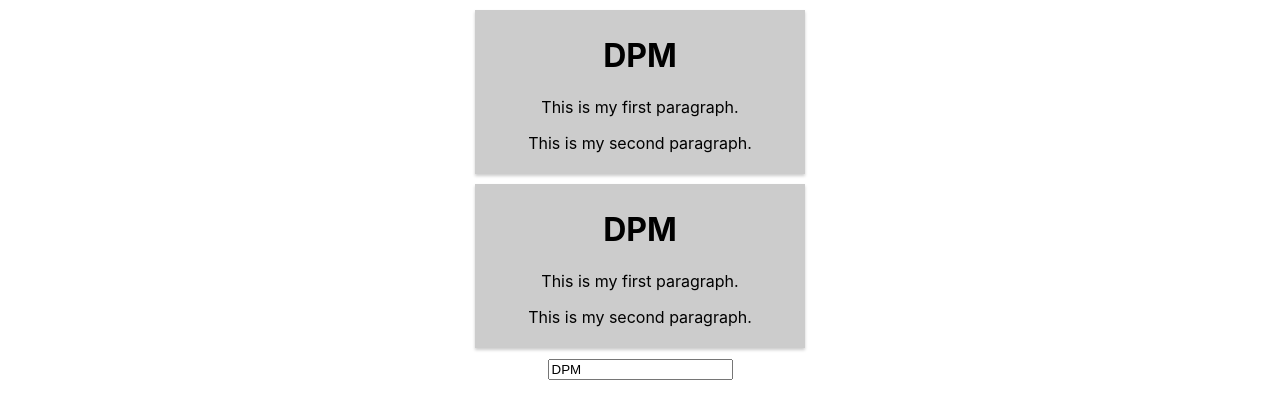
Repository: AidanHak/udemy-react-guide
Page: / (app in base-syntax--assignment-problem/)
These files come from the project's save history. The page is drawn as it stood at one moment and after the next save; the edit follows.
The browser window is 1280 px wide. The pictures show the whole page.
The project was rebuilt for these pictures with package versions that can differ from the ones it lists, and the page was loaded fresh each time.

Above is the page before, as saved 2020-12-17 19:35:32.

After the next save:
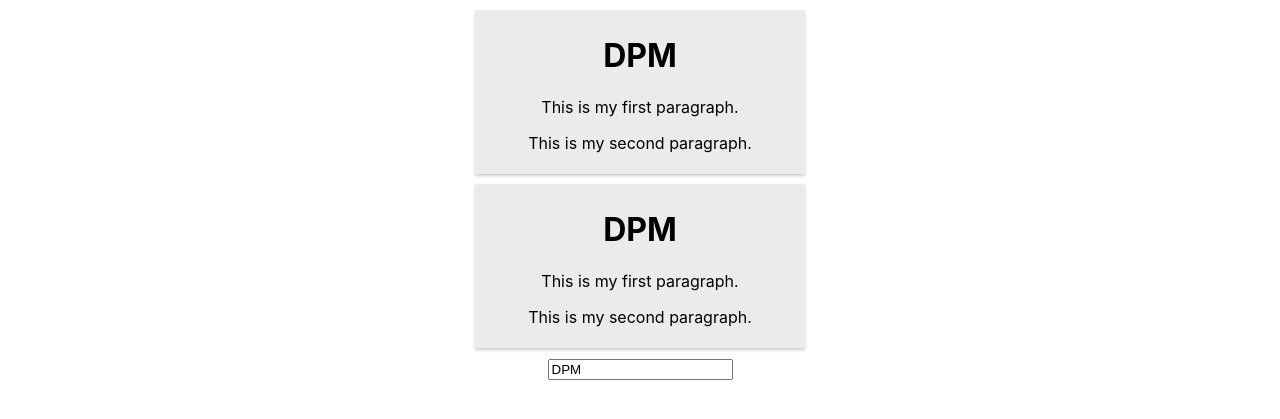
Saved 8 s later.
--- a/base-syntax--assignment-problem/src/UserOutput/UserOutput.css
+++ b/base-syntax--assignment-problem/src/UserOutput/UserOutput.css
@@ -1,3 +1,3 @@
 .UserOutput {
-	background-color:#ccc;
+	background-color:rgb(235, 235, 235);
 }
